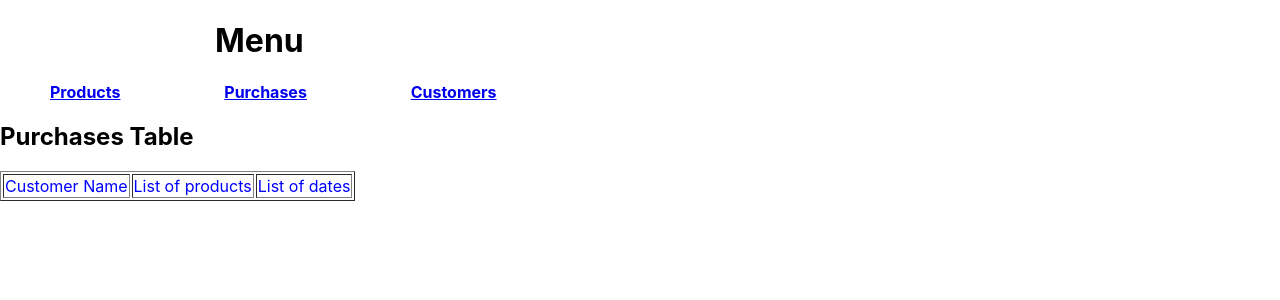
Repository: AlexandraFyodorov/ReactFinalProject
Page: /purchasesTable
The author's editor kept a copy of each file at every save. The page is drawn from the files as they stood at one save, then again after the next save.
The browser window is 1280 px wide. The pictures show the whole page.
The page's requests for data from a server got no answer. The project was rebuilt for these pictures with package versions that can differ from the ones it lists, and the page was loaded fresh each time. No one was signed in, and anything a server would have sent is missing. Also part of the build but not shown: src/Customers.js, src/Product.js, src/Products.js, src/Purchases.js, src/BuyProduct.js, src/EditCustomer.js, src/EditProduct.js.

Above is the page before, as saved 2023-01-18 12:40:38.

### src/index.js
import React from 'react';
import ReactDOM from 'react-dom/client';
import './index.css';
import App from './App';
import { BrowserRouter } from 'react-router-dom'
import { legacy_createStore as createStore } from 'redux';
import {Provider} from 'react-redux'
import rootReducer from './rootReducer';


const store = createStore(rootReducer);


const root = ReactDOM.createRoot(document.getElementById('root'));
root.render(
  <Provider store={store}>
    <BrowserRouter>
    <App />
    </BrowserRouter>
  </Provider>
);

### src/App.js

import Customers from "./Customers";
import { Routes, Route } from 'react-router-dom'
import Menu from "./Menu";
import Products from "./Products";
import Purchases from "./Purchases";
import PurchasesTable from "./PurchasesTable";
import GetFromDBToRedux from "./GetFromDBToRedux";
import BuyProduct from "./BuyProduct";
import EditCustomer from "./EditCustomer";
import EditProduct from "./EditProduct";
function App() {
  return (
    <div className="App">
      <Menu />
      <Routes>
        <Route path='products' element={<Products />} />
        <Route path='customers' element={<Customers />} />
        <Route path='purchases' element={<Purchases />}/>
        <Route path='purchasesTable' element={<PurchasesTable />} />
        <Route path='buyProduct' element={<BuyProduct />} />
        <Route path='editCustomer' element={<EditCustomer />} />
        <Route path='editProduct' element={<EditProduct/>}/>
      </Routes>
      <GetFromDBToRedux />
    </div>
  );
}

export default App;

### src/rootReducer.js

const initialValue = {
  purchases: [],
  customers: [],
  products: [],
};

const storeReducer = (state = initialValue, action) => {
  switch (action.type) {
    case 'LOADPURCHASES':
      return { ...state, purchases: action.payload };
    case 'LOADCUSTOMERS':
      return { ...state, customers: action.payload };
    case 'LOADPRODUCTS':
      return { ...state, products: action.payload };

    default:
      return state;
  }
};

export default storeReducer;

### src/Menu.js
import {Link} from 'react-router-dom'
function Menu() {
  return (
    <div className="App">
      <h1 style={{merging:'50px', paddingLeft:'215px'}}>Menu</h1>
      <strong style={{merging:'50px', padding:'50px'}}><Link to={`/products`}>Products</Link>{' '}</strong>
      <strong style={{merging:'50px', padding:'50px'}}><Link to={`/purchases`}>Purchases</Link>{' '}</strong>
      <strong style={{merging:'50px', padding:'50px'}}><Link to={`/customers`}>Customers</Link>{' '}</strong>
    </div>
  );
}

export default Menu;

### src/PurchasesTable.js
import { useSelector } from 'react-redux';



function PurchasesTable() {

  const purchases = useSelector((state) => state.purchases);
  const products = useSelector((state) => state.products);
  const customers = useSelector((state) => state.customers);

  const product = sessionStorage['productId']; //ID
  const customer = sessionStorage['customerId']; //ID
  const date = sessionStorage['date']; //Date

  let customerToShow = []
  let productsToShow = purchases;
  let dateToShow = purchases


  if (customer) {
    customerToShow = customers.filter((customers) => customers.id === customer)
    productsToShow = purchases.filter((purchases) => purchases.CustomerID === customer)
    dateToShow = purchases.filter((purchases) => purchases.CustomerID === customer)
    if (product) {
      productsToShow = purchases.filter((purchases) => purchases.CustomerID === customer && purchases.ProductID === product)
      dateToShow = productsToShow
    }

    if (date) {
      dateToShow = purchases.filter((purchases) => purchases.CustomerID === customer && purchases.Date === date)
      productsToShow = purchases.filter((purchases) => purchases.CustomerID === customer && purchases.Date === date)
    }
  }
  else if (product) {

    productsToShow = purchases.filter((purchases) => purchases.ProductID === product)
    productsToShow.forEach(data=>{
      customerToShow.push(customers.filter(customers=>customers.id===data.CustomerID))
    })
console.log(customerToShow)
    dateToShow = productsToShow
    if(date)
    {
      dateToShow = purchases.filter((purchases) => purchases.ProductID === product && purchases.Date === date)
    }
  }
  else if (date) {
    dateToShow = purchases.filter((purchases) =>  purchases.Date === date)
    productsToShow = purchases.filter((purchases) =>  purchases.Date === date)
  }




  return (
    <div >

      <h2>Purchases Table</h2>
      <table border='1'>
        <tbody>
          <tr style={{ color: 'blue', padding: '10px' }}>
            <td>Customer Name</td>
            <td>List of products</td>
            <td>List of dates</td>
          </tr>
          {
            customerToShow.map((user) => {

              return (
                <tr key={user.id}>
                  <td>{user.firstName + " " + user.lastName}</td>
                  <td>
                    {

                      productsToShow.filter(productsToShow=>productsToShow.CustomerID===user.id).map((item) => {
                        return (
                          <div key={item.id}>
                            {
                              <div>{
                                products.filter(products => products.id === item.ProductID).map(x => {
                                  return <div key={x.id}>
                                    {x.Name}
                                  </div>
                                })
                              }</div>
                            }
                          </div>
                        )
                      })
                    }
                  </td>
                  <td>
                    {
                      dateToShow.filter(dateToShow=>dateToShow.CustomerID===user.id).map((x) => {
                        return (
                          <div key={x.id}>
                            <div>{x.Date}</div>
                          </div>
                        )
                      })
                    }
                  </td>
                </tr>
              )
            })
          }
        </tbody>
      </table>
    </div>
  );
}
export default PurchasesTable;

### src/GetFromDBToRedux.js
import {useEffect} from 'react';
import { useDispatch } from 'react-redux';
import {collection,onSnapshot, query} from 'firebase/firestore';
import db from './firebase';

function GetFromDBToRedux() {
  const dispatch = useDispatch();

  useEffect(() => {
    //Get all Purchases
    const PurchasesData = async () => {
      const q = query(collection(db, 'Purchases'));
      onSnapshot(q, (querySnapshot) => {
        const purchases = querySnapshot.docs.map((doc) => ({
          id: doc.id,
          ...doc.data(),
        }));
        dispatch({ type: 'LOADPURCHASES', payload: purchases });
      });
    };
    PurchasesData();

    //Get all Customers
    const CustomersData = async () => {
      const q = query(collection(db, 'Customers'));
      onSnapshot(q, (querySnapshot) => {
        const customers = querySnapshot.docs.map((doc) => ({
          id: doc.id,
          ...doc.data(),
        }));
        dispatch({ type: 'LOADCUSTOMERS', payload: customers });
      });
    };
    CustomersData();

    const ProductsData = async () => {
      const q = query(collection(db, 'Products'));
      onSnapshot(q, (querySnapshot) => {
        const products= querySnapshot.docs.map((doc) => ({
          id: doc.id,
          ...doc.data(),
        }));
        dispatch({ type: 'LOADPRODUCTS', payload: products });
      });
    };
    ProductsData();
  }, []);





  return (
    <div>

    </div>
  );
}

export default GetFromDBToRedux;

### src/firebase.js
import { initializeApp } from "firebase/app";
import {getFirestore} from 'firebase/firestore';

const firebaseConfig = {
  apiKey: "AIzaSyAQOQ5UrR4qh7HRxp9vRYQCvqh70ZP6zdY",
  authDomain: "reactfinalproject-cb224.firebaseapp.com",
  projectId: "reactfinalproject-cb224",
  storageBucket: "reactfinalproject-cb224.appspot.com",
  messagingSenderId: "871459961407",
  appId: "1:871459961407:web:833fbb8f7d03ead96f168a"
};

// Initialize Firebase
const app = initializeApp(firebaseConfig);
const db = getFirestore(app);
export default db;

Loaded but not shown: public/index.html (common file); src/index.css (common file)

After the next save:
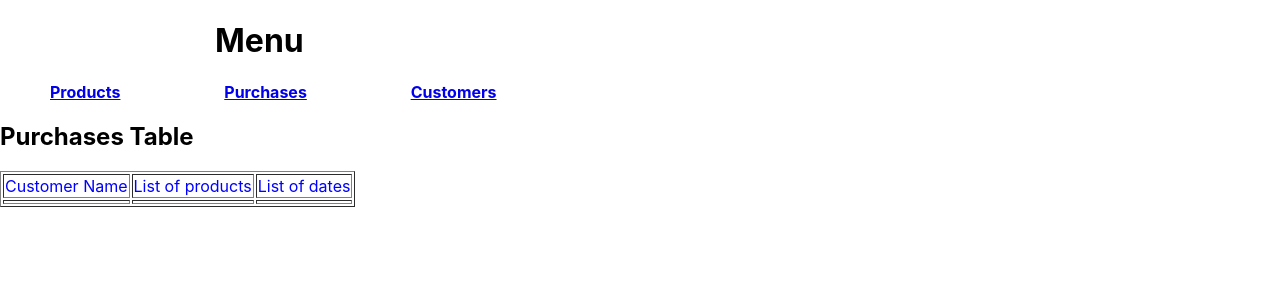
Saved 84 s later.
--- a/src/PurchasesTable.js
+++ b/src/PurchasesTable.js
@@ -12,7 +12,7 @@ function PurchasesTable() {
   const customer = sessionStorage['customerId']; //ID
   const date = sessionStorage['date']; //Date
 
-  let customerToShow = []
+  let customerToShow = [{firstName:'', lastName:'', City:''}]
   let productsToShow = purchases;
   let dateToShow = purchases
 
